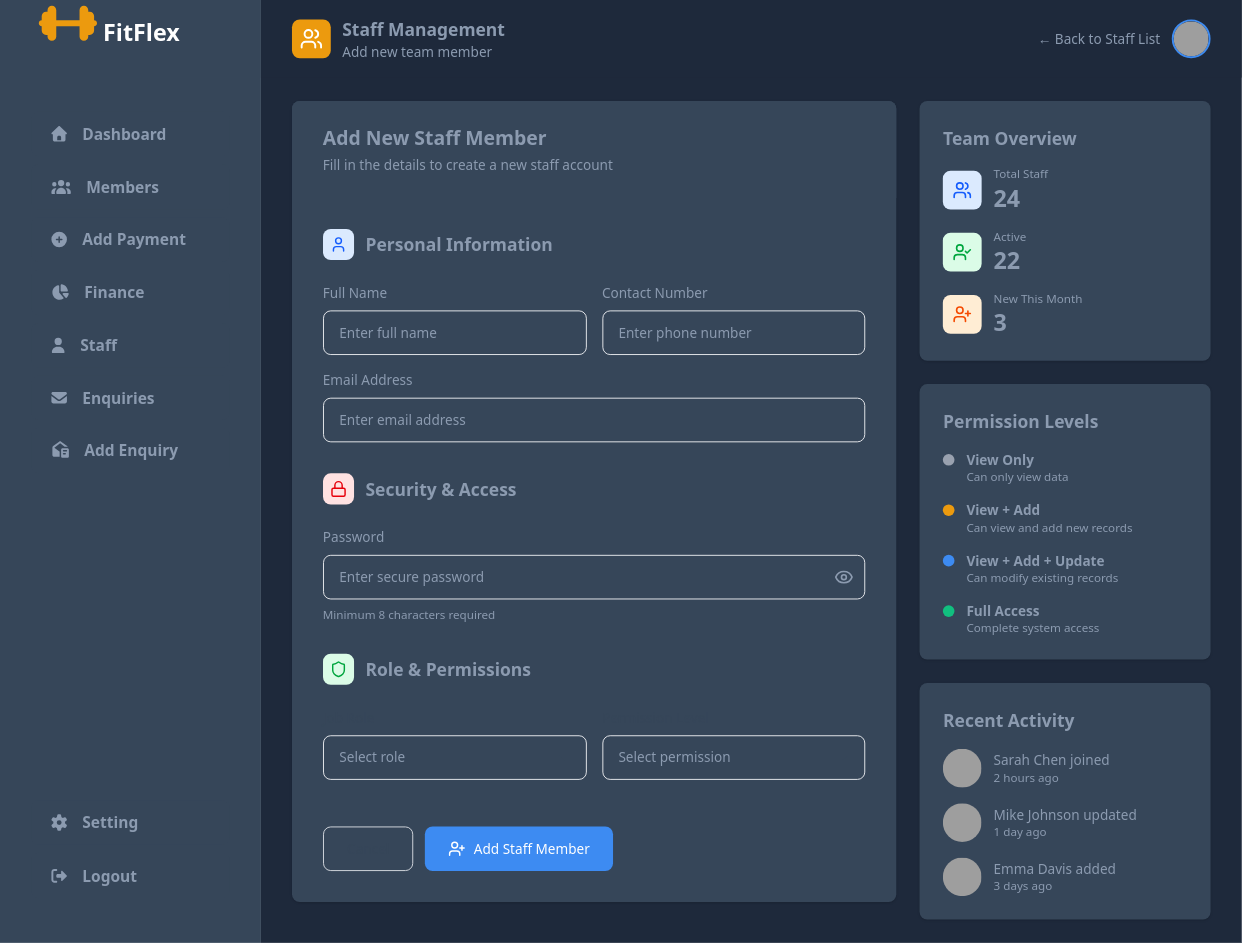
Repository: MuhammadTalhaTaj/gym_management_app_backend
Page: /addstaff (app in frontend/)
The author's editor kept a copy of each file at every save. The page is drawn from the files as they stood at one save, then again after the next save.
The browser window is 1280 px wide. The pictures show the whole page, at 97% of full size.
Pictures or frames that could not be fetched are drawn as grey boxes. The project was rebuilt for these pictures with package versions that can differ from the ones it lists, and the page was loaded fresh each time. Also part of the build but not shown: frontend/vite.config.ts, frontend/src/assets/styles/AdminHeader.css, frontend/src/Components/AdminHeader.tsx, frontend/src/assets/styles/AdminDashboard.css, frontend/src/hooks/useDashboardData.ts, frontend/src/assets/styles/AdminDashboardStats.css, frontend/src/Components/AdminDashboardStats.tsx, frontend/src/Components/IncomeExpenseChart.tsx and 31 more.

Above is the page before, as saved 2025-11-21 10:49:38.

After the next save:
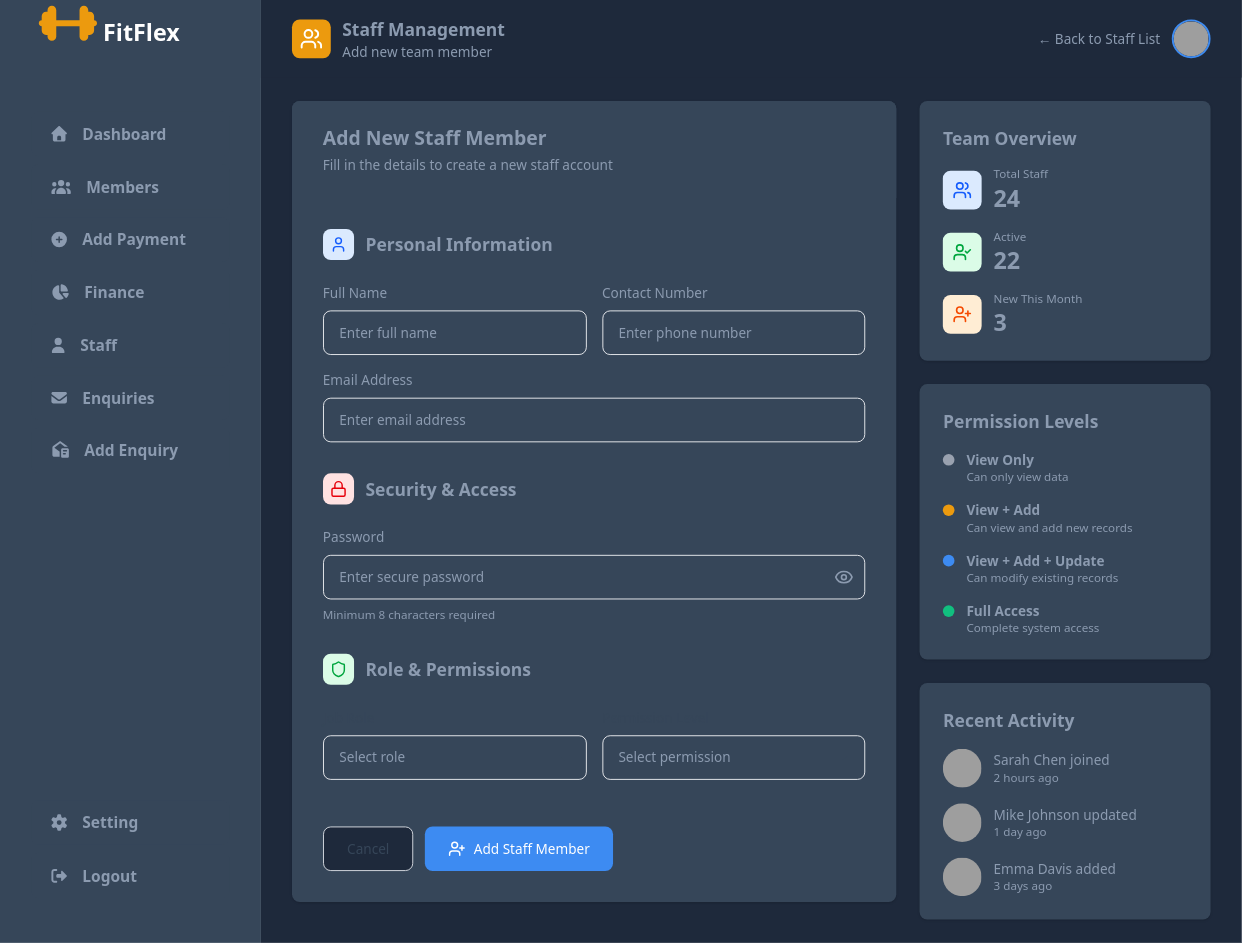
Saved 8 s later.
--- a/frontend/src/pages/Admin/AddStaff.tsx
+++ b/frontend/src/pages/Admin/AddStaff.tsx
@@ -142,7 +142,7 @@
 const Button = ({ children, variant = 'primary', onClick, icon: Icon }) => {
   const variants = {
     primary: 'bg-[var(--tertiary-400)] hover:bg-[var(--tertiary-400)]/90 text-white',
-    secondary: 'bg-[var(--primary-200)]hover:bg-gray-50 text-[var(--primary-100)] border border-gray-300'
+    secondary: 'bg-[var(--primary-200)] hover:bg-gray-50 text-[var(--primary-100)] border border-gray-300'
   };
 
   return (

After the save that followed:
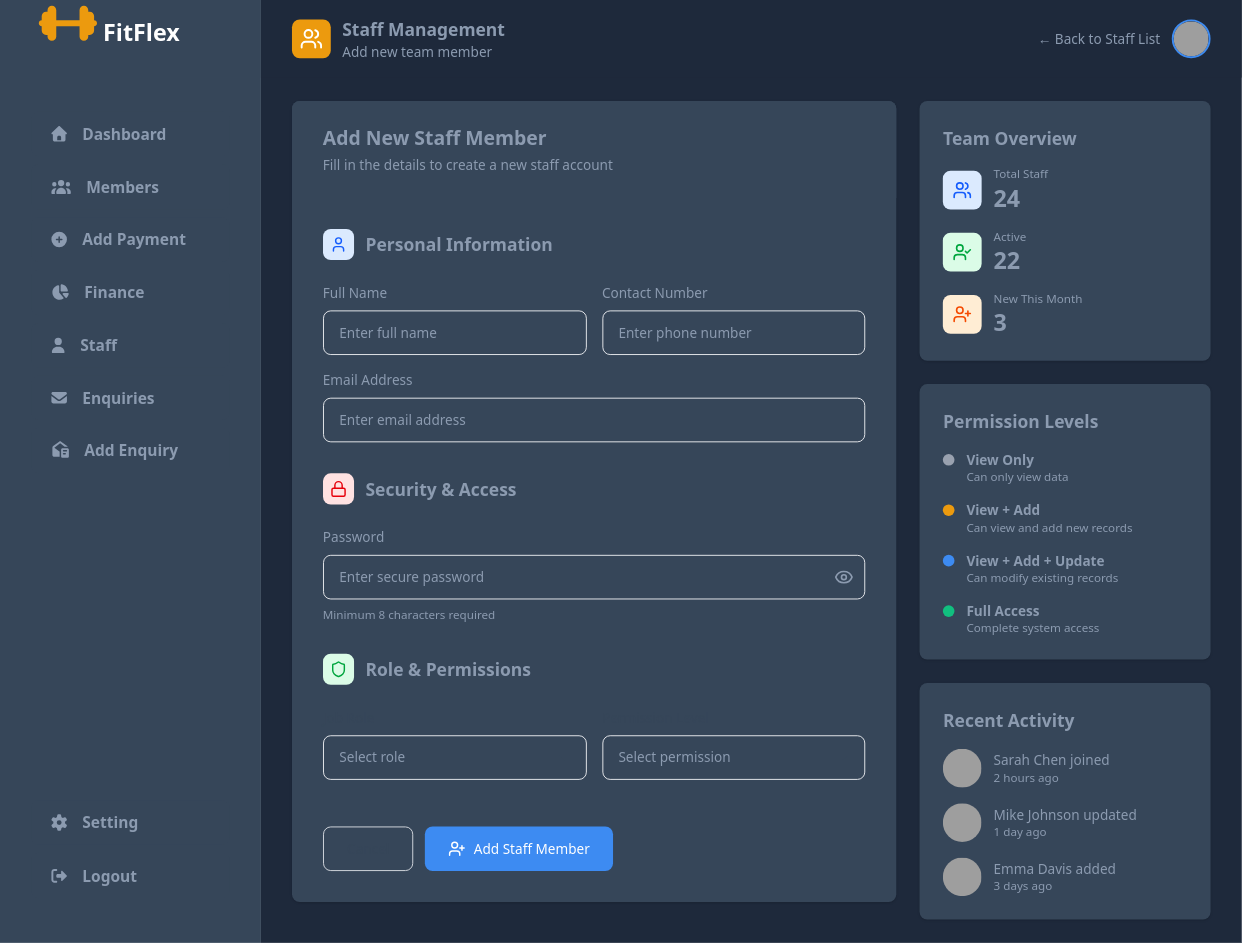
Saved 6 s later.
--- a/frontend/src/pages/Admin/AddStaff.tsx
+++ b/frontend/src/pages/Admin/AddStaff.tsx
@@ -142,7 +142,7 @@
 const Button = ({ children, variant = 'primary', onClick, icon: Icon }) => {
   const variants = {
     primary: 'bg-[var(--tertiary-400)] hover:bg-[var(--tertiary-400)]/90 text-white',
-    secondary: 'bg-[var(--primary-200)] hover:bg-gray-50 text-[var(--primary-100)] border border-gray-300'
+    secondary: 'bg-[var(--primary-100)] hover:bg-gray-50 text-[var(--primary-100)] border border-gray-300'
   };
 
   return (
